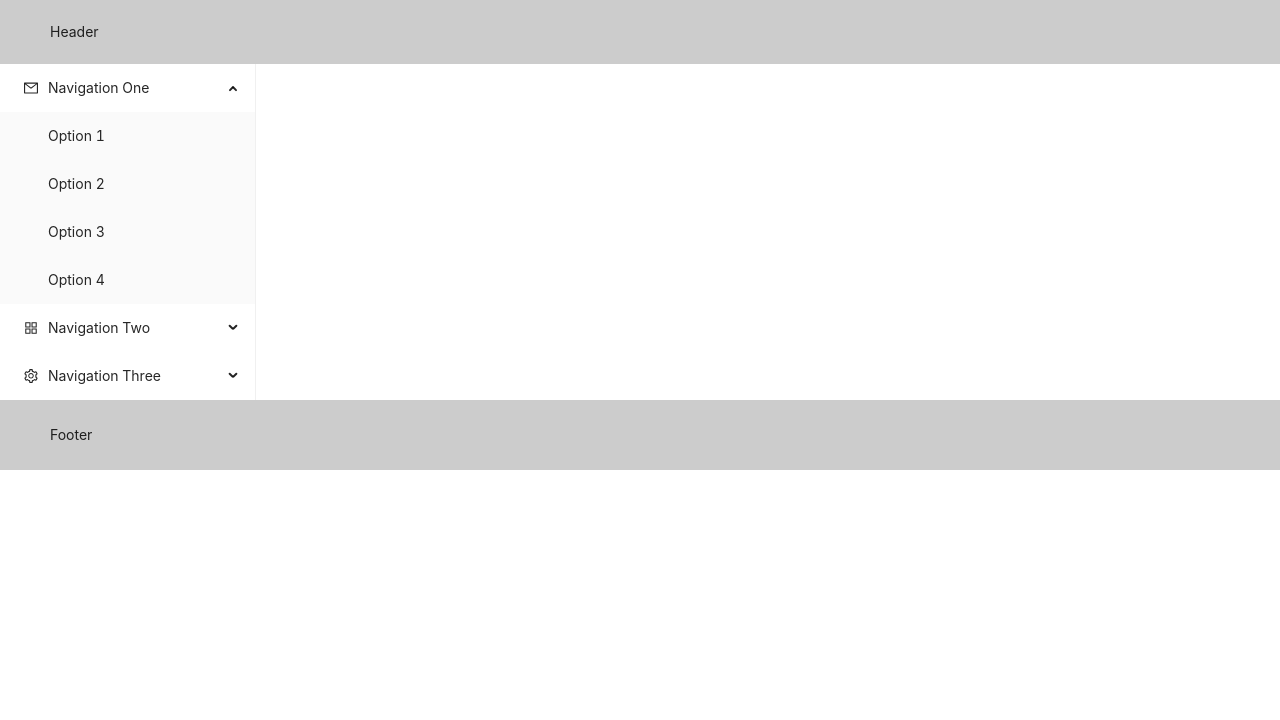
Repository: fangxueliang/react-redux-
Page: /
An editor plug-in stored every save of this project. The page is shown before and after the next save, followed by the edit.
The browser window is 1280 px wide. The pictures show the whole page.
The project was rebuilt for these pictures with package versions that can differ from the ones it lists, and the page was loaded fresh each time.

Above is the page before, as saved 2020-12-29 17:32:30.

### public/index.html
<!DOCTYPE html>
<html lang="en">
  <head>
    <meta charset="utf-8" />
    <meta name="theme-color" content="#000000" />
    <meta name="description" content="Web site created using create-react-app" />
    <title>React App</title>
  </head>
  <body>
    <div id="root"></div>
  </body>
</html>

### src/index.js
// 主入口文件
import React from 'react';
import ReactDOM from 'react-dom';
import { Main } from './Pages';

import 'antd/dist/antd.css'
import './Common/CSS/layout.css'

ReactDOM.render(
  <div style={{ width: '100%', height: '100%' }}>
    <Main />
  </div>,
  document.getElementById('root')
);

### src/Pages/index.js
import React, { useState } from 'react';
import { Layout } from 'antd'
import { MenuSider } from "./Menu/menu";

const { Header, Footer, Content, Sider } = Layout
export const Main = () => {
    const [count, setCount] = useState(0);

    return (
        <Layout>
            <div className="Home_layout">
                <Header> Header </Header>
                <Layout>
                    <Sider>
                        <MenuSider />
                    </Sider>
                    <Content> Content </Content>
                </Layout>
                <Footer> Footer </Footer>
            </div>
        </Layout>
    );
}

### src/Common/CSS/layout.css
/* 布局样式  */
.Home_layout .ant-layout-header {
    background: #ccc;
}

.Home_layout .ant-layout-footer {
    background: #ccc;
}

.Home_layout .ant-layout-content {
    background: #fff;
}

.Home_layout .ant-layout-sider {
    background: #fff;
}

### src/Pages/Menu/menu.js
import { render } from '@testing-library/react';
import React, { useState, useEffect } from 'react';
import { Menu } from 'antd';
import { AppstoreOutlined, MailOutlined, SettingOutlined } from '@ant-design/icons';

const { SubMenu } = Menu;
const rootSubmenuKeys = ['sub1', 'sub2', 'sub4'];
export const MenuSider = () => {
    const [openKeys, setOpenKeys] = React.useState(['sub1']);
    const onOpenChange = keys => {
        const latestOpenKey = keys.find(key => openKeys.indexOf(key) === -1);
        if (rootSubmenuKeys.indexOf(latestOpenKey) === -1) {
            setOpenKeys(keys);
        } else {
            setOpenKeys(latestOpenKey ? [latestOpenKey] : []);
        }
    };
    return (
        <Menu mode="inline" openKeys={openKeys} onOpenChange={onOpenChange} style={{ width: 256 }}>
            <SubMenu key="sub1" icon={<MailOutlined />} title="Navigation One">
                <Menu.Item key="1">Option 1</Menu.Item>
                <Menu.Item key="2">Option 2</Menu.Item>
                <Menu.Item key="3">Option 3</Menu.Item>
                <Menu.Item key="4">Option 4</Menu.Item>
            </SubMenu>
            <SubMenu key="sub2" icon={<AppstoreOutlined />} title="Navigation Two">
                <Menu.Item key="5">Option 5</Menu.Item>
                <Menu.Item key="6">Option 6</Menu.Item>
                <SubMenu key="sub3" title="Submenu">
                    <Menu.Item key="7">Option 7</Menu.Item>
                    <Menu.Item key="8">Option 8</Menu.Item>
                </SubMenu>
            </SubMenu>
            <SubMenu key="sub4" icon={<SettingOutlined />} title="Navigation Three">
                <Menu.Item key="9">Option 9</Menu.Item>
                <Menu.Item key="10">Option 10</Menu.Item>
                <Menu.Item key="11">Option 11</Menu.Item>
                <Menu.Item key="12">Option 12</Menu.Item>
            </SubMenu>
        </Menu>
    )
}

After the next save:
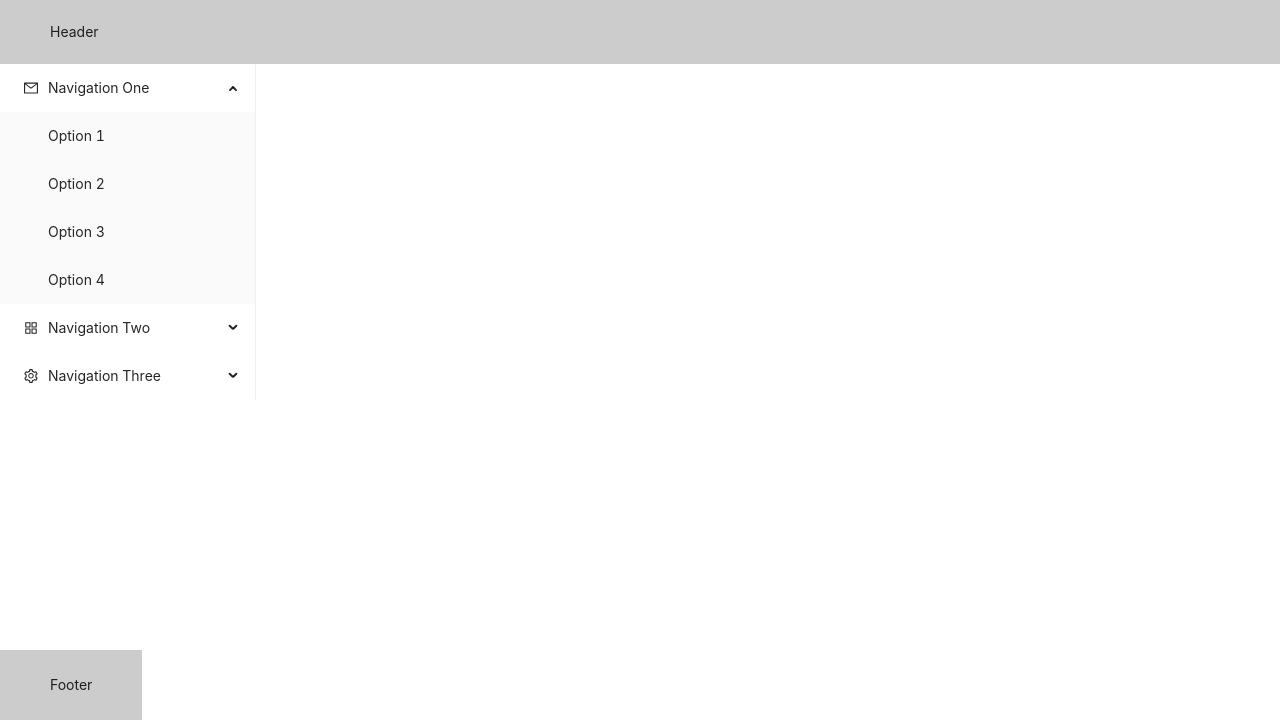
Saved 83 s later.
--- a/src/Common/CSS/layout.css
+++ b/src/Common/CSS/layout.css
@@ -4,6 +4,8 @@
 }
 
 .Home_layout .ant-layout-footer {
+    position: fixed;
+    bottom: 0;
     background: #ccc;
 }
 
